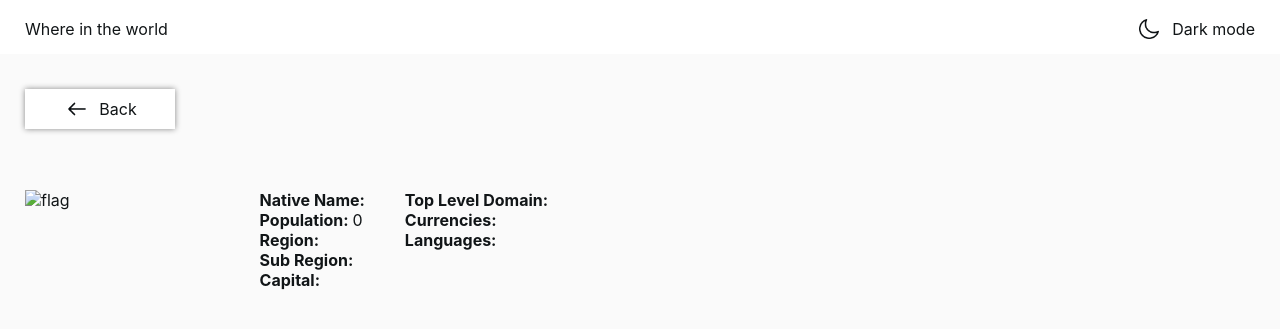
Repository: faithandjs/rest-countries-api
Page: /details
These files come from the project's save history. The page is drawn as it stood at one moment and after the next save; the edit follows.
The browser window is 1280 px wide. The pictures show the whole page.
The page's requests for data from a server got no answer. The project was rebuilt for these pictures with package versions that can differ from the ones it lists, and the page was loaded fresh each time. No one was signed in, and anything a server would have sent is missing. Also part of the build but not shown: src/components/home.tsx.

Above is the page before, as saved 2022-04-15 16:41:43.

After the next save:
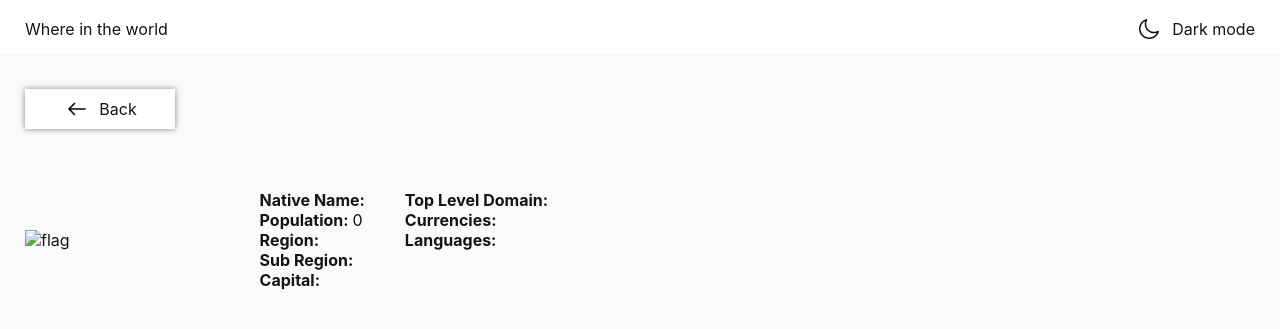
Saved 20 s later.
--- a/src/components/style/style.scss
+++ b/src/components/style/style.scss
@@ -103,7 +103,7 @@ $shadow: 0px 0px 1px 0.2px ;
             }
         }
         display: flex;
-        align-items: baseline;
+        align-items: center;
         .moreContent{
             span{
                 font-weight: bold;
